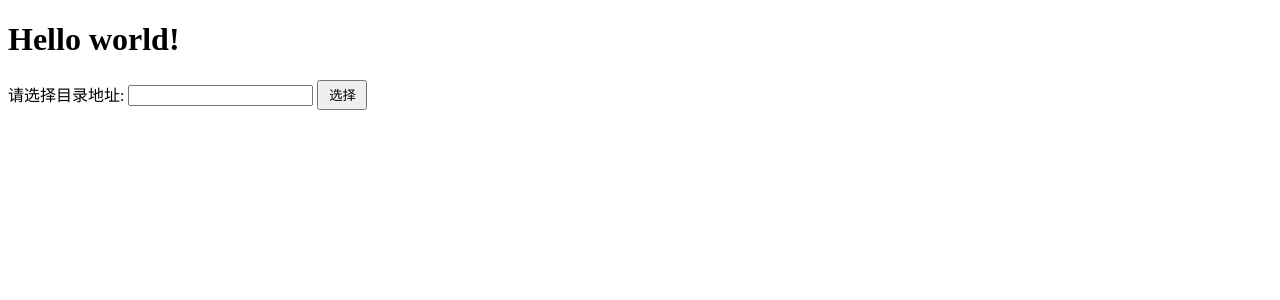
Repository: cjl1828103646/G25
Page: sqsx1/WebContent/index.html
These files come from the project's save history. The page is drawn as it stood at one moment and after the next save; the edit follows.
The browser window is 1280 px wide. The pictures show the whole page.

Above is the page before, as saved 2023-06-26 11:58:41.

After the next save:
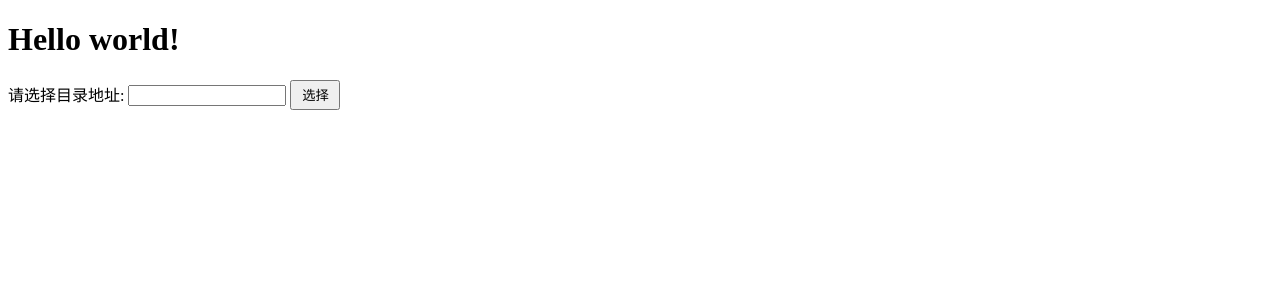
Saved 32 s later.
--- a/sqsx1/WebContent/index.html
+++ b/sqsx1/WebContent/index.html
@@ -6,6 +6,6 @@
 </head>
 <body>
 <h1>Hello world!</h1>
-<p>请选择目录地址:  <input type="text">  <button id=bt1 style="height:30px;width:50px;">选择</button></p>
+<p>请选择目录地址:  <input type="text" style="width:150px;">  <button id=bt1 style="height:30px;width:50px;">选择</button></p>
 </body>
 </html>
